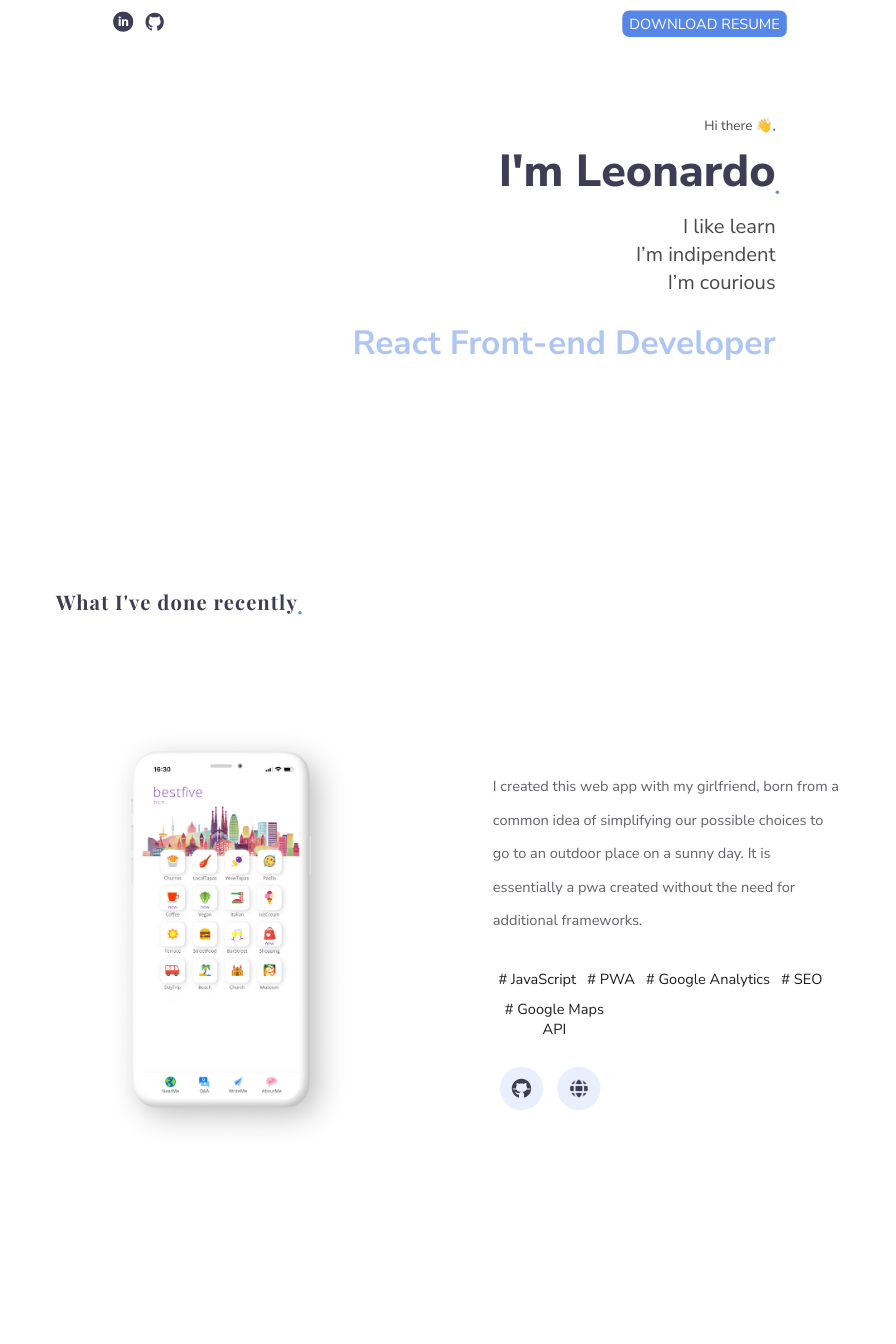
Repository: Easaaa/Portfolio-2020
Page: index.html
These files come from the project's save history. The page is drawn as it stood at one moment and after the next save; the edit follows.
The browser window is 1280 px wide. The pictures show the part of the page from y = 0 to 1920 px (the page is 6511 px tall), at 70% of full size.
The style sheet was rebuilt from its Sass, Less or Tailwind sources for each picture, by a compiler version that may differ from the author's.

Above is the page before, as saved 2020-02-28 14:15:19.

After the next save:
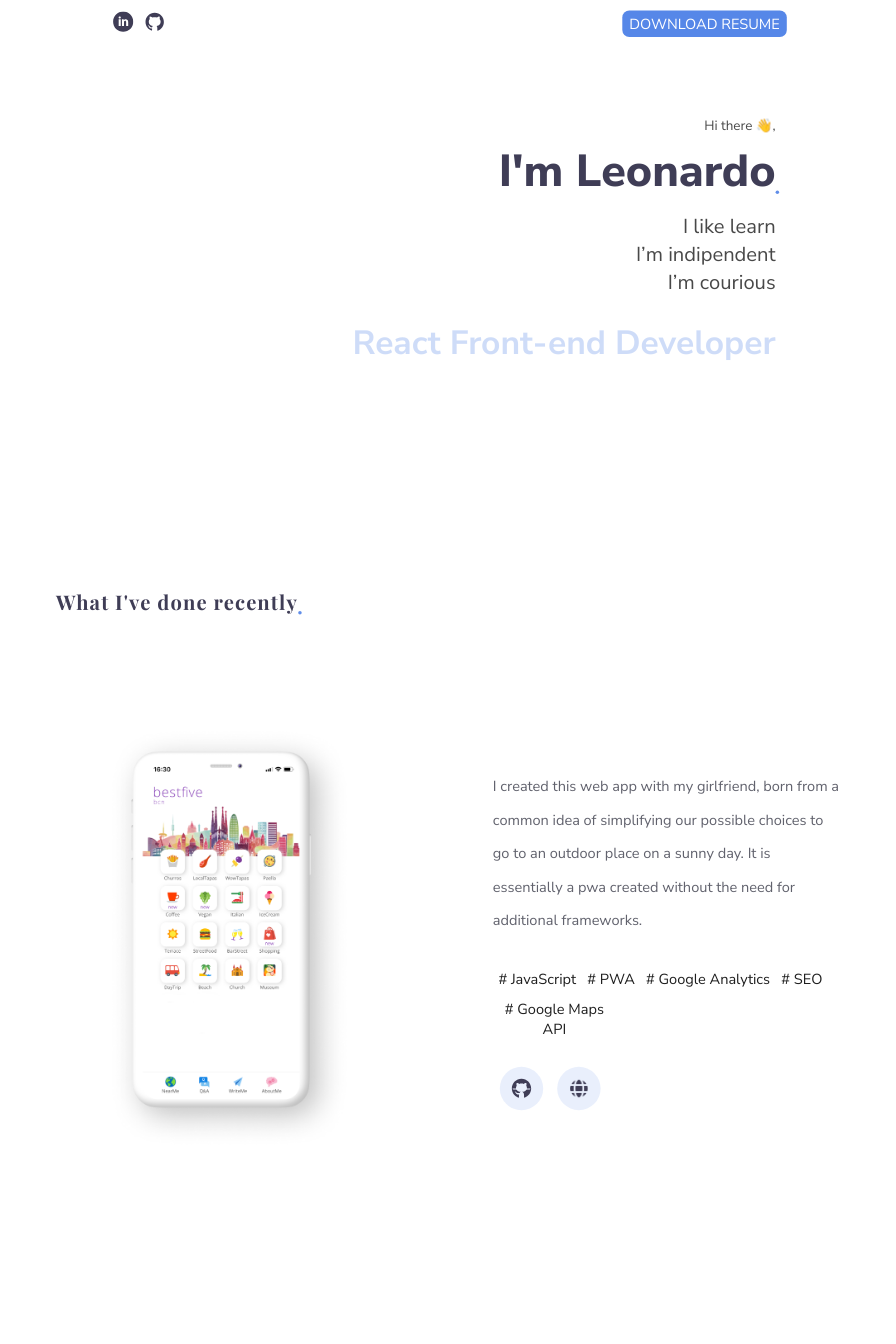
Saved 5 s later.
--- a/stylesheets/scss/main.scss
+++ b/stylesheets/scss/main.scss
@@ -417,7 +417,7 @@
 
     h4 {
       font-size: 3rem;
-      opacity: 0.5;
+      opacity: 0.3;
     }
 
     p {
